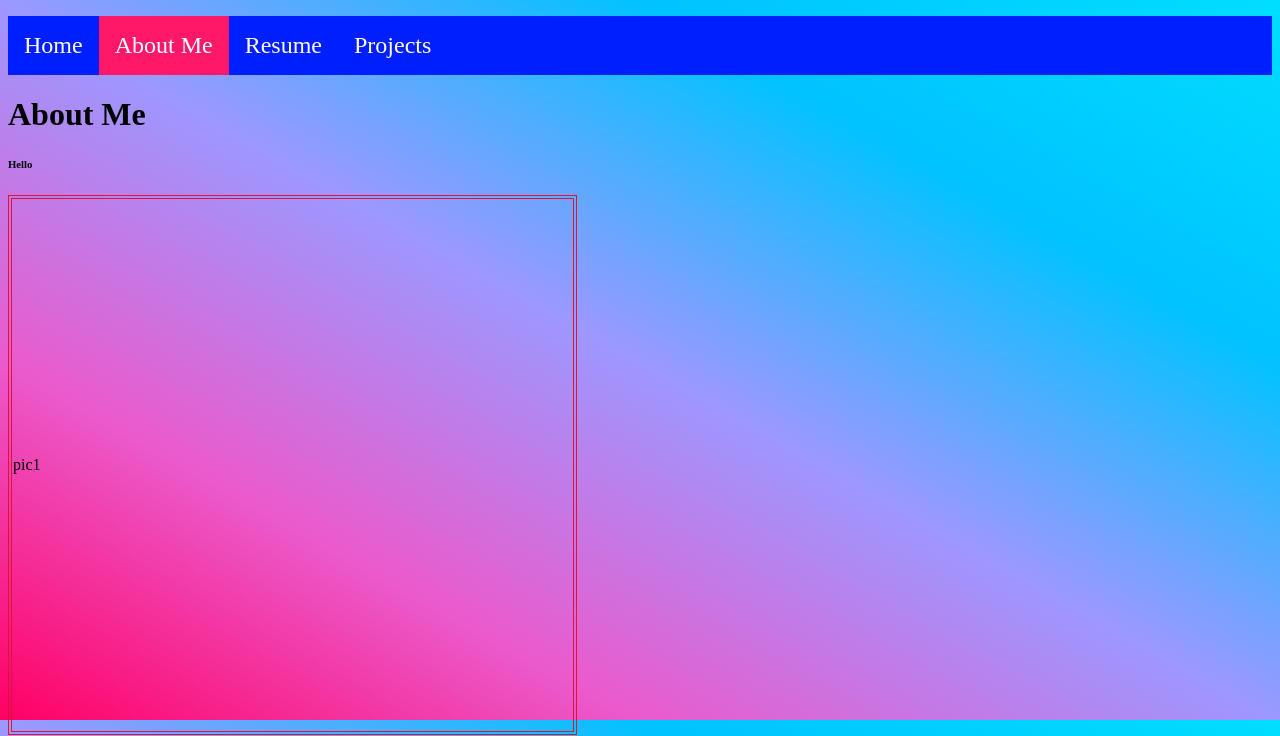
Repository: Zatarain10/Zatarain10.github.io
Page: aboutme.html
The author's editor kept a record of every edit. The page is drawn from the files as they stood at one moment, then again after the next edit.
The browser window is 1280 px wide. The pictures show the whole page.

Above is the page before.

After the next edit:
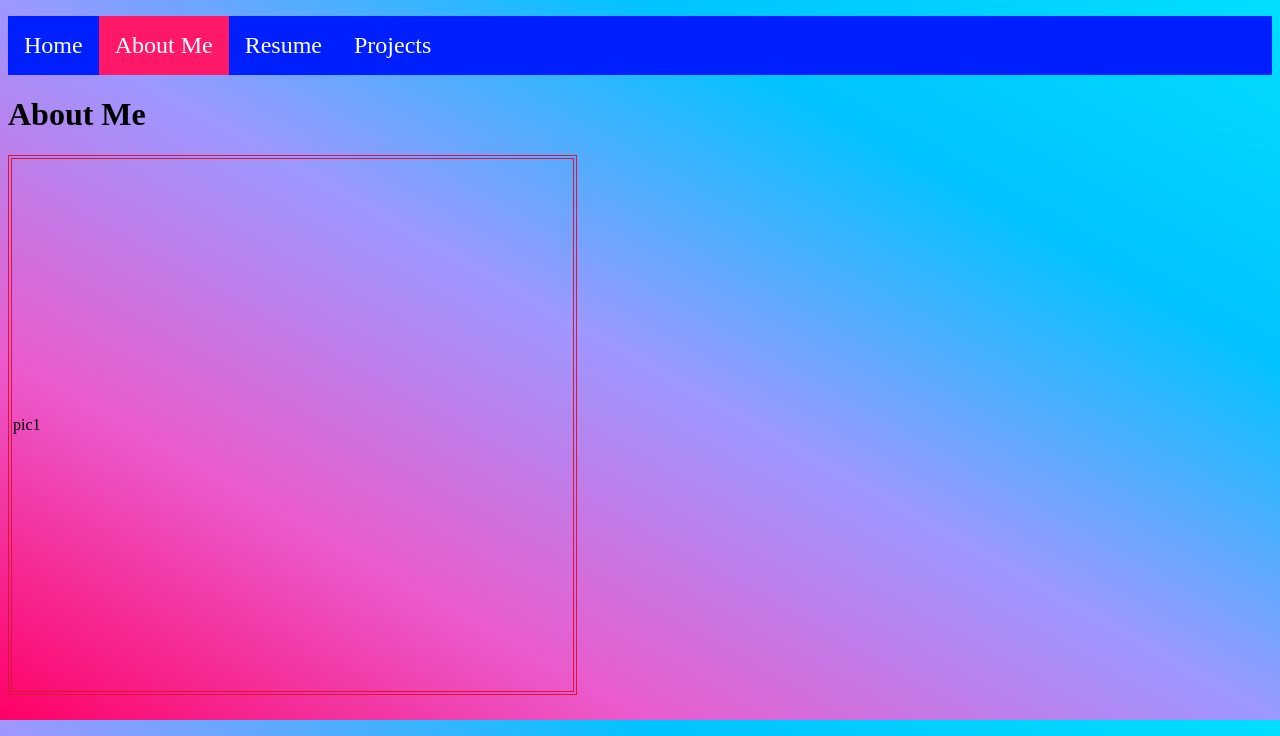
The edit:
--- a/aboutme.html
+++ b/aboutme.html
@@ -22,7 +22,7 @@
 
         <h1>About Me</h1>
 
-        <table border="1"; bordercolor="crimson"; width="45%"; height="75%";>         <h6 float:right> Hello</h6>
+        <table border="1"; bordercolor="crimson"; width="45%"; height="75%";>
             <tr>
                 <td>pic1</th>
             </tr>
